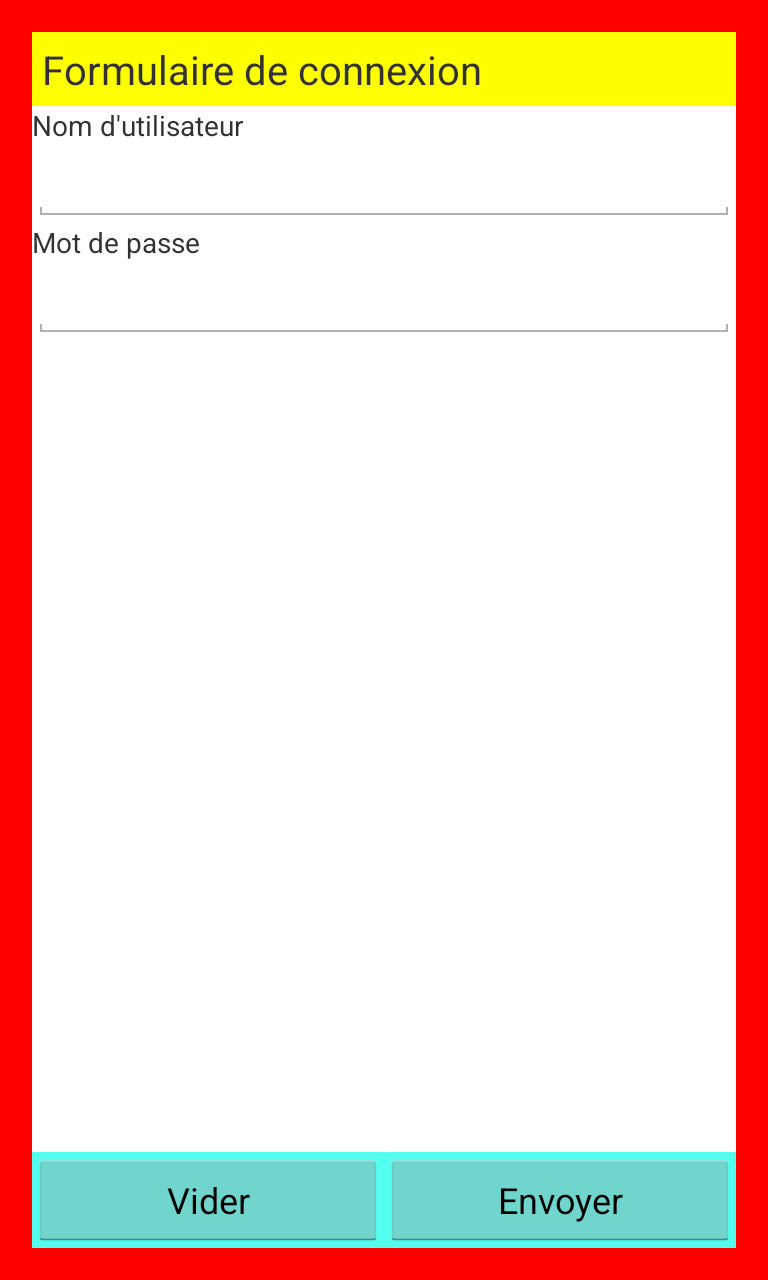
Repository: ablanchard/formation-android
Layout: ParlezVousAndroid/res/layout/fragment_main.xml
An editor plug-in stored every save of this project. The layout is shown before and after the next save, followed by the edit.
It is drawn on a 768 x 1280 px phone screen (xhdpi) without system bars, with theme AppTheme; the app's code is not run.

Above is the layout before, as saved 2014-04-29 09:27:47.

After the next save:
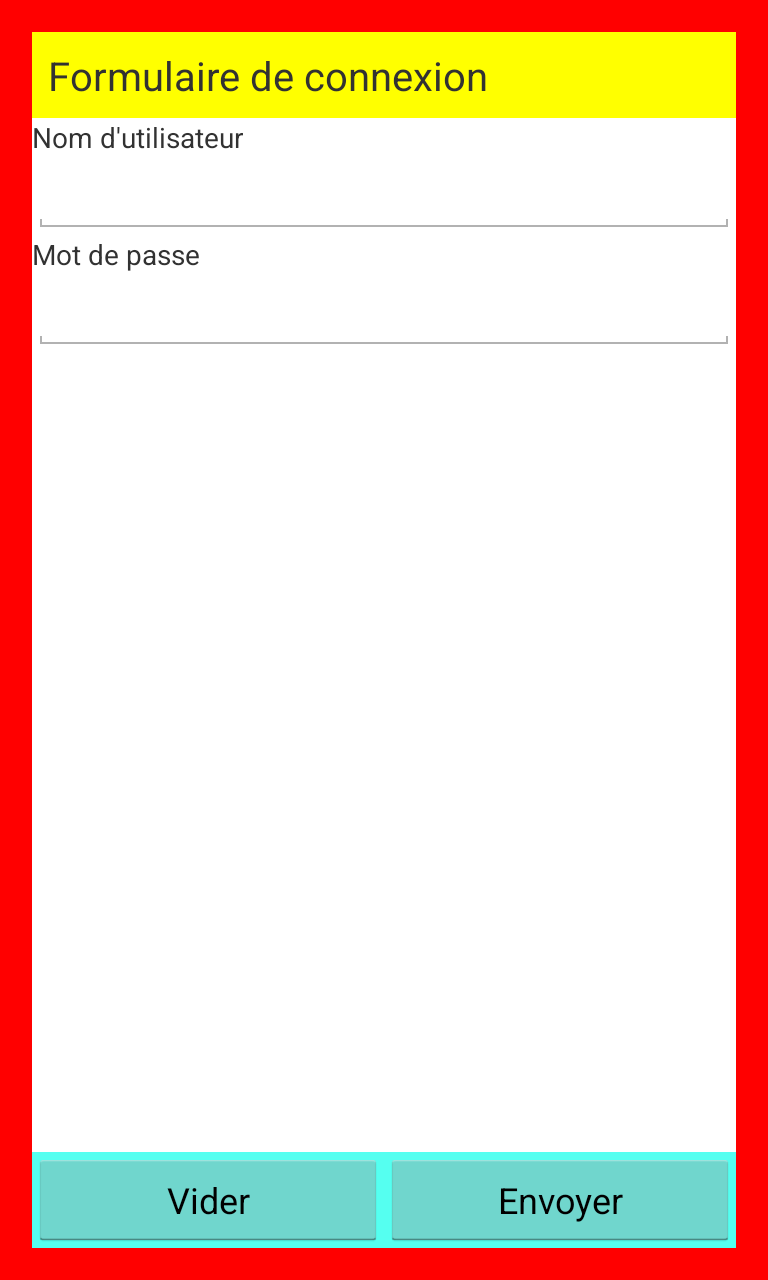
Saved 8 s later.
--- a/ParlezVousAndroid/res/layout/fragment_main.xml
+++ b/ParlezVousAndroid/res/layout/fragment_main.xml
@@ -17,7 +17,7 @@
             android:layout_alignParentTop="true"
             android:layout_width="match_parent"
             android:layout_height="wrap_content"
-            android:padding="5dp"
+            android:padding="8dp"
             android:textSize="20sp"
             android:text="@string/form" />
 
